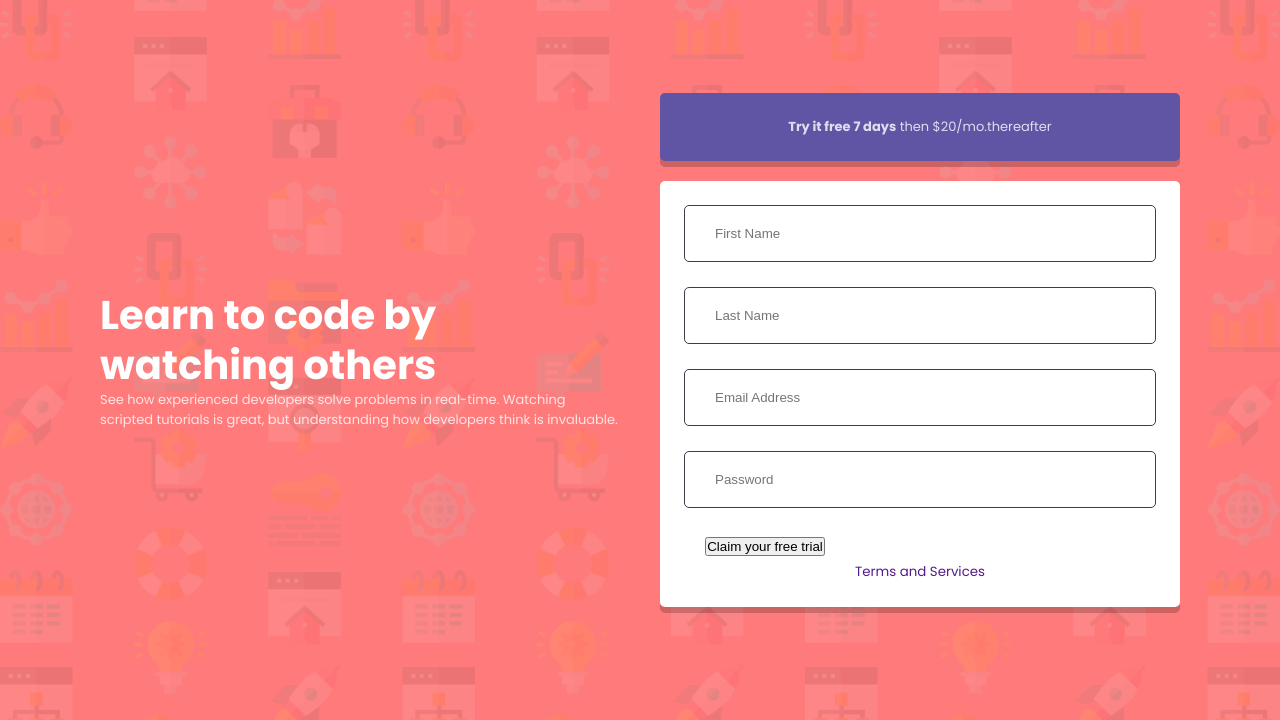
Repository: Akashiii1/WebSignup_Form_Day2
Page: index.html
These files come from the project's save history. The page is drawn as it stood at one moment and after the next save; the edit follows.
The browser window is 1280 px wide. The pictures show the whole page.
The first visible `input` is being pressed.

Above is the page before, as saved 2021-12-19 17:00:38.

After the next save:
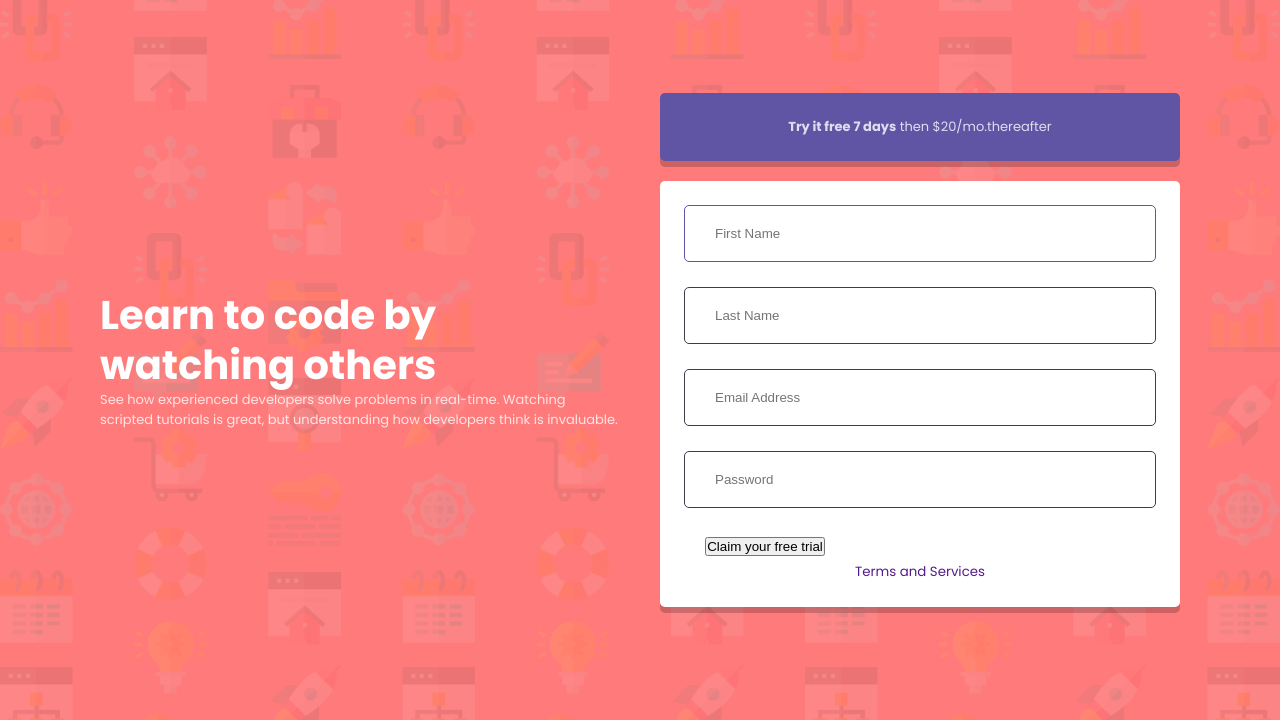
Saved 17 s later.
--- a/style.css
+++ b/style.css
@@ -85,3 +85,6 @@ input{
   outline: none;
   border: 1px solid hsl(249, 10%, 26%) ;
 }
+input:active{
+  border-color: hsl(248, 32%, 49%);
+}
